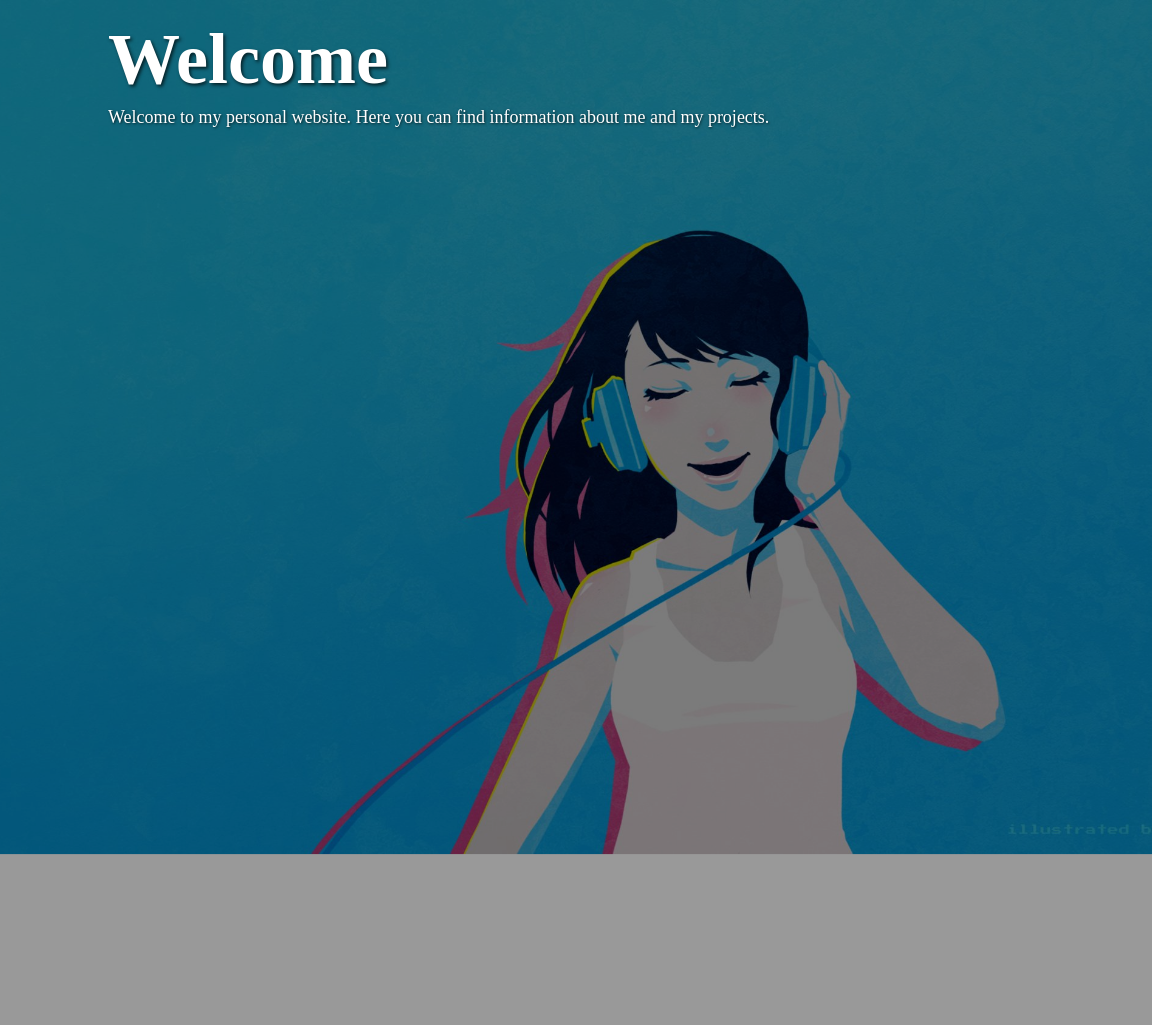
Repository: cydxf/cydxf.github.io
Page: index.html
These files come from the project's save history. The page is drawn as it stood at one moment and after the next save; the edit follows.
The browser window is 1280 px wide. The pictures show the whole page, at 90% of full size.

Above is the page before, as saved 2024-08-02 02:08:29.

After the next save:
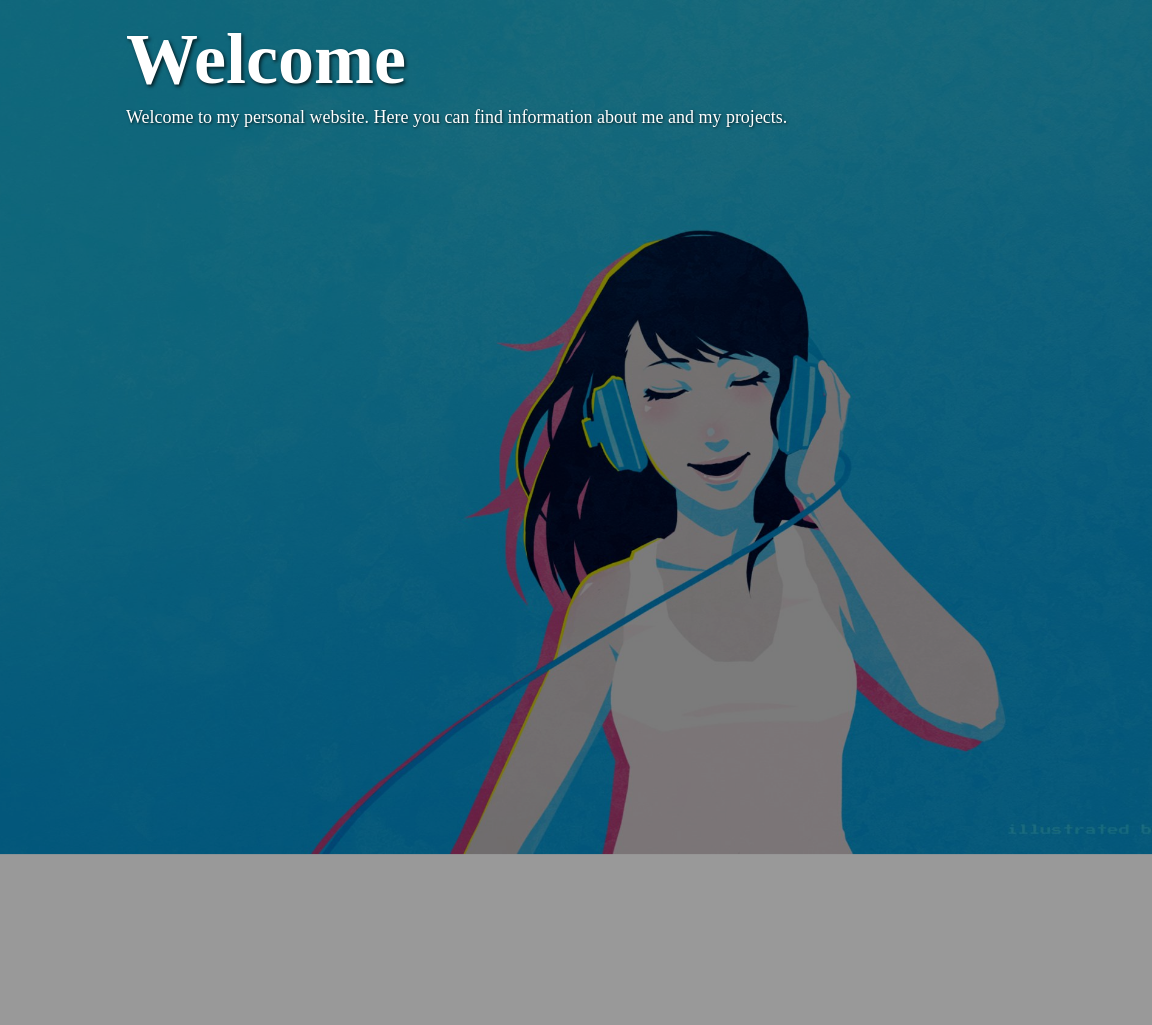
Saved 13 s later.
--- a/css/styles.css
+++ b/css/styles.css
@@ -37,7 +37,7 @@ body, html {
     position: relative;
     z-index: 2;
     padding: 20px;
-    margin-left: 100px;
+    margin-left: 120px;
 }
 
 .hero h1 {
